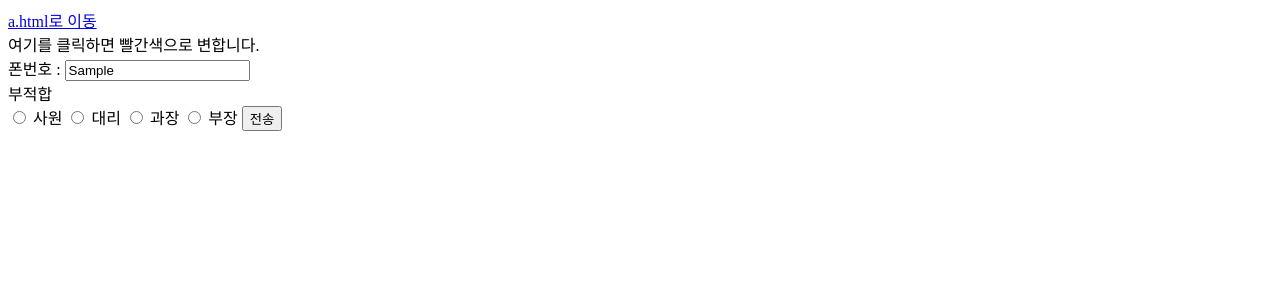
Repository: zmfhd1/Web
Page: jstest/WebContent/event2.html
An editor plug-in stored every save of this project. The page is shown before and after the next save, followed by the edit.
The browser window is 1280 px wide. The pictures show the whole page.
Empty fields were first filled with sample values (such as "Sample", 5 or name@example.com).
After loading, the first visible `input` was changed once.

Above is the page before, as saved 2021-08-25 01:07:22.

### jstest/WebContent/event2.html
<!DOCTYPE html>
<html>
<head>
<meta charset="UTF-8">
<title>Insert title here</title>
<script>
window.onload =function(){
	var div_test = document.getElementById("test");
	div_test.onclick = function() {
		this.style.color = "red";
	}
	div_test.onmouseover = function(){
		this.style.color = "green";
	}
	div_test.onmouseout = function(){
		this.style.color = "blue";
	}

	var phone = document.querySelector("input[type=text]");
	phone.onkeyup = function(e){
		if(e.keycode >= 48 && e.keycode <= 57){
			document.getElementById("result").innerHTML = "적합";
		}
		else{
			document.getElementById("result").innerHTML = "부적합";
		}
	}
}
</script>


</head>
<body>

<div><a href = "a.html">a.html로 이동</a></div>
<div id = "test">여기를 클릭하면 빨간색으로 변합니다.</div>

<form action = "b.jsp">
폰번호 : <input type = text name = "phone"><br>
<div id = result></div>
<input type = radio name = "title" value = "사원"> 사원
<input type = radio name = "title" value = "대리"> 대리
<input type = radio name = "title" value = "과장"> 과장
<input type = radio name = "title" value = "부장"> 부장
<input type = submit value = "전송">

</form>
</body>
</html>

After the next save:
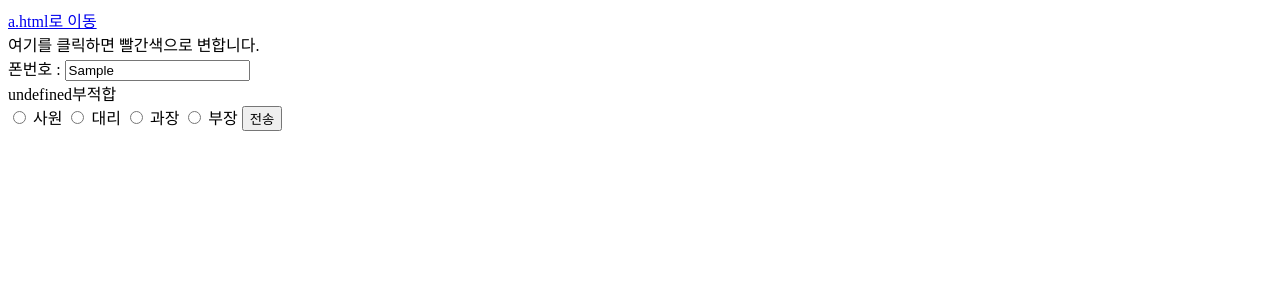
Saved 7 s later.
--- a/jstest/WebContent/event2.html
+++ b/jstest/WebContent/event2.html
@@ -22,7 +22,7 @@ window.onload =function(){
 			document.getElementById("result").innerHTML = "적합";
 		}
 		else{
-			document.getElementById("result").innerHTML = "부적합";
+			document.getElementById("result").innerHTML = e.keycode + "부적합";
 		}
 	}
 }
